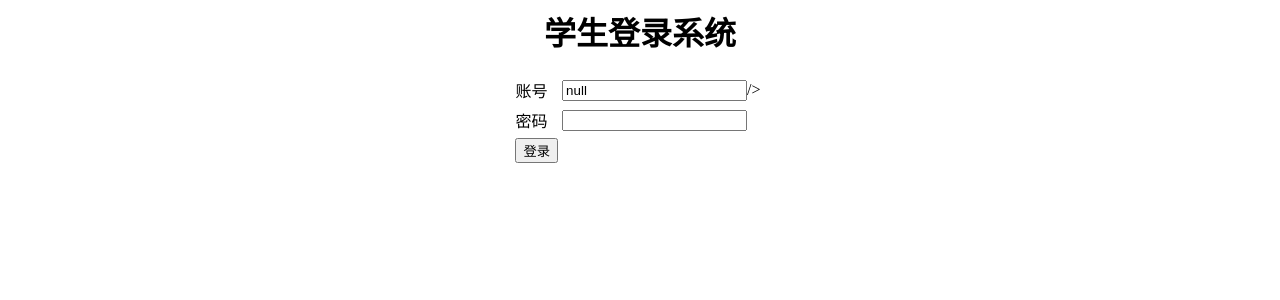
Repository: qq847261175/JavaWeb
Page: http://localhost/Student_Manager_Systerm/
The author's editor kept a copy of each file at every save. The page is drawn from the files as they stood at one save, then again after the next save.
The browser window is 1280 px wide. The pictures show the whole page.
The page is served by Tomcat 9.

Above is the page before, as saved 2016-10-28 17:37:45.

After the next save:
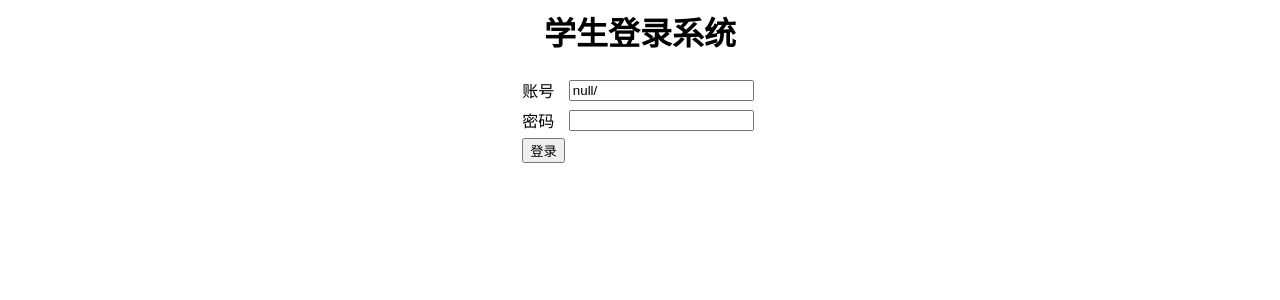
Saved 18 s later.
--- a/Student_Manager_Systerm/WebRoot/index.jsp
+++ b/Student_Manager_Systerm/WebRoot/index.jsp
@@ -18,7 +18,7 @@ String basePath = request.getScheme()+"://"+request.getServerName()+":"+request.
     <table>
     <tr>
     <td>账号 <td/>
-    <td><input type="text" name="username" value=<%=request.getParameter("username") %>>/><td/>
+    <td><input type="text" name="username" value=<%=request.getParameter("username") %>/><td/>
     <tr/>
      <tr>
        <td>密码 <td/>
